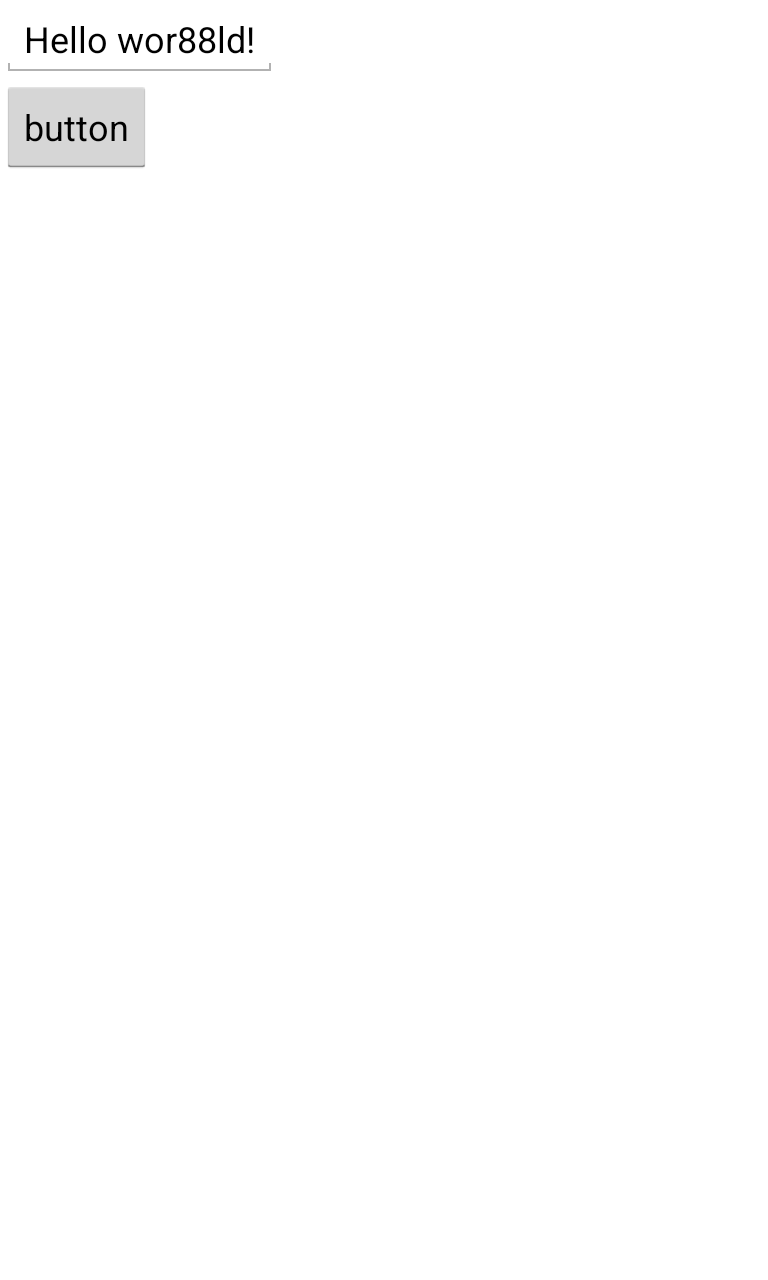
Repository: yc0211/line4U
Layout: line4U/res/layout/activity_main.xml
An editor plug-in stored every save of this project. The layout is shown before and after the next save, followed by the edit.
It is drawn on a 768 x 1280 px phone screen (xhdpi) without system bars, with theme AppTheme; the app's code is not run.

Above is the layout before, as saved 2013-08-17 08:31:53.

### line4U/res/layout/activity_main.xml
<LinearLayout xmlns:android="http://schemas.android.com/apk/res/android"
    xmlns:tools="http://schemas.android.com/tools"
    android:layout_width="match_parent"
    android:layout_height="match_parent"
    tools:context=".MainActivity"
    android:orientation="vertical">

    <EditText
        android:id="@+id/te"
        android:layout_width="wrap_content"
        android:layout_height="wrap_content"
        android:inputType="text"
        android:text="@string/te"/>


    <Button
        android:id="@+id/button"
        android:layout_width="wrap_content"
        android:layout_height="wrap_content"
        android:text="@string/button" />

</LinearLayout>

### line4U/res/values/strings.xml
<?xml version="1.0" encoding="utf-8"?>
<resources>

    <string name="app_name">Line4U</string>
    <string name="action_settings">Settings</string>
    <string name="te">Hello wor88ld!</string>
    <string name="button">button</string>

</resources>

Loaded but not shown: line4U/res/values/styles.xml (common file); line4U/res/values-v11/styles.xml (common file); line4U/res/values-v14/styles.xml (common file)

After the next save:
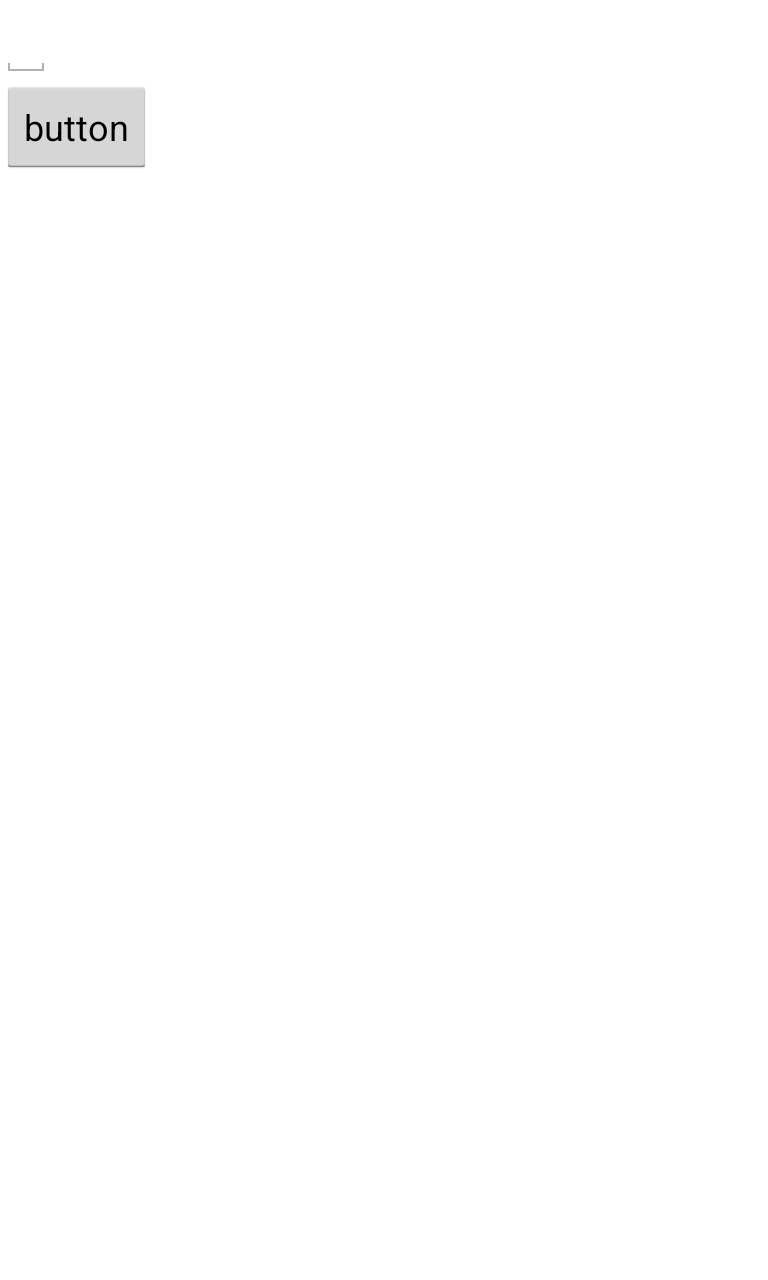
Saved 13 s later.
--- a/line4U/res/layout/activity_main.xml
+++ b/line4U/res/layout/activity_main.xml
@@ -10,7 +10,7 @@
         android:layout_width="wrap_content"
         android:layout_height="wrap_content"
         android:inputType="text"
-        android:text="@string/te"/>
+        android:text=""/>
 
 
     <Button

After the save that followed:
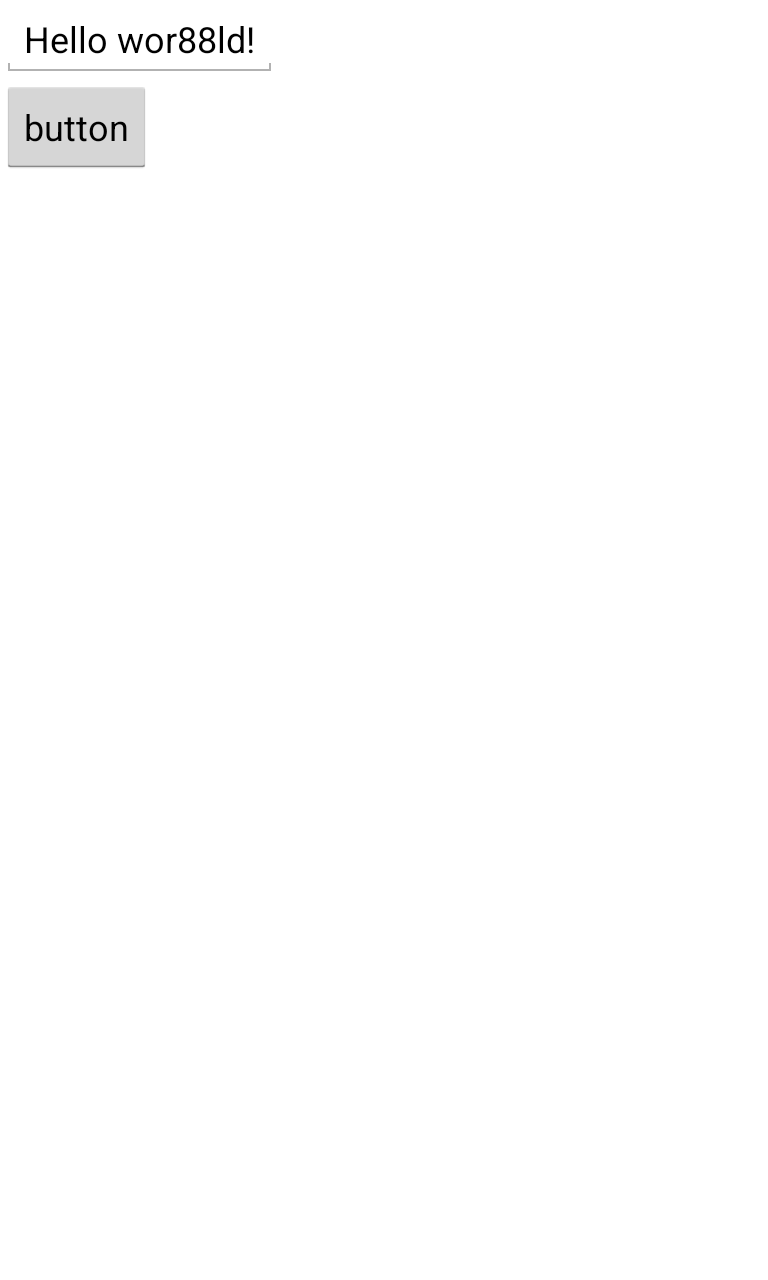
Saved 7 s later.
--- a/line4U/res/layout/activity_main.xml
+++ b/line4U/res/layout/activity_main.xml
@@ -10,7 +10,7 @@
         android:layout_width="wrap_content"
         android:layout_height="wrap_content"
         android:inputType="text"
-        android:text=""/>
+        android:text="@string/te"/>
 
 
     <Button
